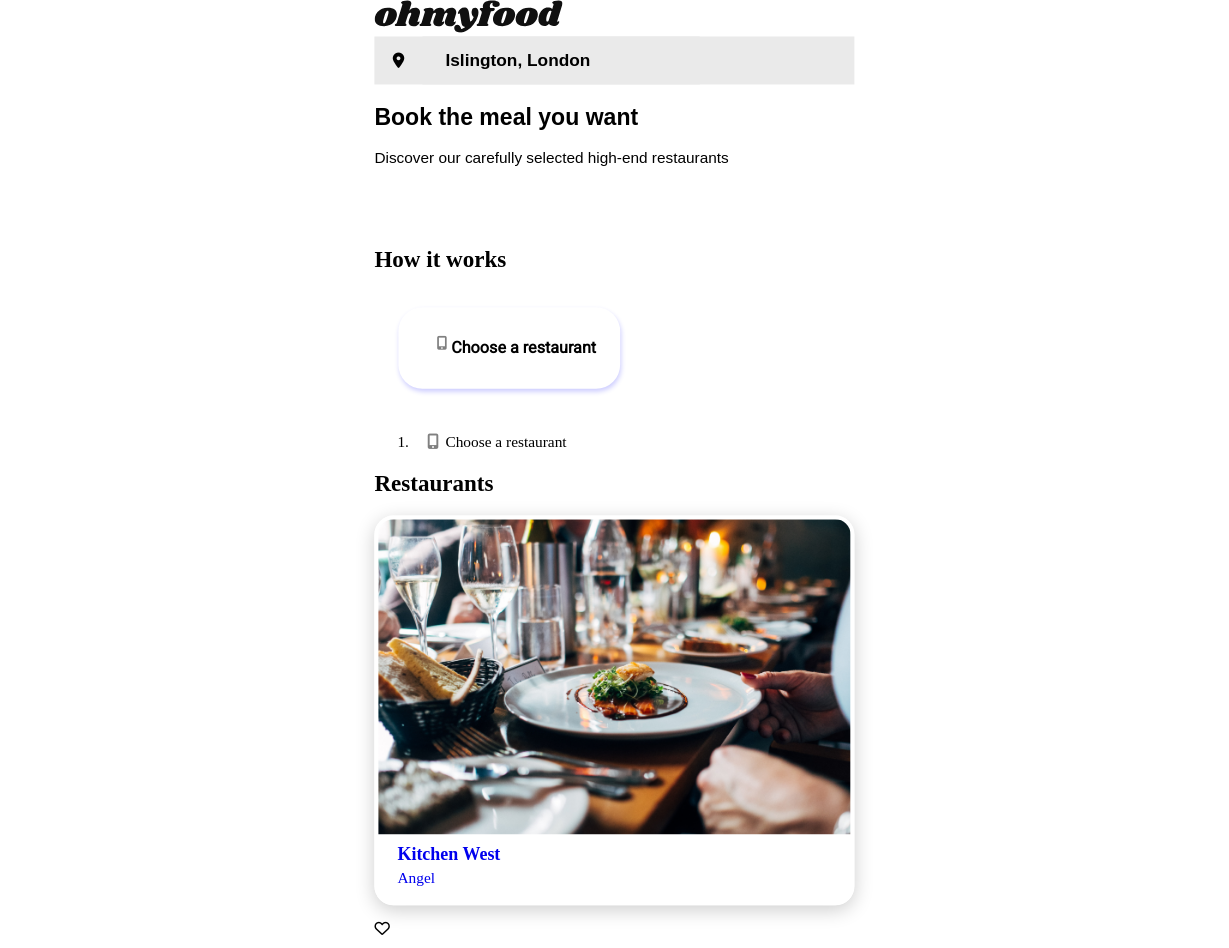
Repository: R1ptou/Project-3
Page: index.html
An editor plug-in stored every save of this project. The page is shown before and after the next save, followed by the edit.
The browser window is 1280 px wide. The pictures show the whole page, at 96% of full size.
Some web fonts or font styles are not loaded; a fallback is used. The style sheet was rebuilt from its Sass, Less or Tailwind sources for each picture, by a compiler version that may differ from the author's.

Above is the page before, as saved 2024-03-21 16:25:31.

### index.html
<!DOCTYPE html>
<html lang="en">
<head>
    <meta charset="UTF-8">
    <meta name="viewport" content="width=device-width, initial-scale=1.0">
    <title>ohmyfood</title>
    <link rel="preconnect" href="https://fonts.googleapis.com">
    <link rel="preconnect" href="https://fonts.googleapis.com">
    <link rel="preconnect" href="https://fonts.gstatic.com" crossorigin>
    <link href="https://fonts.googleapis.com/css2?family=Roboto&family=Shrikhand&display=swap" rel="stylesheet">
    <link rel="stylesheet" href="https://cdnjs.cloudflare.com/ajax/libs/font-awesome/6.2.1/css/all.min.css"
        integrity="sha512-MV7K8+y+gLIBoVD59lQIYicR65iaqukzvf/nwasF0nqhPay5w/9lJmVM2hMDcnK1OnMGCdVK+iQrJ7lzPJQd1w=="
        crossorigin="anonymous" referrerpolicy="no-referrer">
    <link rel="stylesheet" href="./css/style.css">
</head>
<body>
<!-- Header -->
    <div class="container">
        <header>
            <div class="logo"> <!-- Logo -->
               <img  src="./Images and text Ohmyfood/images/logo/ohmyfood@2x.svg" alt="ohmyfood logo" >
            </div>
            <form class="search-bar"> <!-- Search bar -->
                <div class="icon-search"><i class="text-black fa-solid fa-location-dot"></i></div>
                <input class="input-search" value="Islington, London" type="text">
            </form>
            <div class="headline"> <!-- Headline -->
                <h2>Book the meal you want</h2>
                <p>Discover our carefully selected high-end restaurants</p>
            </div>
            <button type="submit" class="button-search">Explore our restaurants</button> <!-- Submit button -->
        </header>
    </div>

<!-- How it works -->
    <main>
        <section class="container">
            <h2>How it works</h2>
            <div class="card-group">
            <a href="#" class="card">
            <i class="icon-no"> 1 </i>
            <i class="icon-pic fa-solid fa-mobile-screen-button"></i>
            <h3 class="card-text">Choose a restaurant</h3>
            </a>
            </div>
        </section>

        <section class="container">
            <ol class="list-group">
                <li class="list-item">
                    <span class="icon-no">1</span>
                    <span class="icon-pic fa-solid fa-mobile-screen-button"></span>
                    <span class="card-text">Choose a restaurant</span>
                </li>
            </ol>
        </section>

<!-- Restaurants -->
        <section class="container">
            <h2>Restaurants</h2>

            <a href="#" class="card-rest">
                <img class="card-img" src="./Images and text Ohmyfood/images/restaurants/jay-wennington-N_Y88TWmGwA-unsplash.jpg" alt="">
                      <div class="card-content">
                        <h3 class="card-title">Kitchen West</h3>
                        <p class="card-subtitle">Angel</p>
                      </div>
            </a>
            <div class="heart">
                <span class="fa-solid fa-heart heart-icon heart-full"></span>
                <span class="fa-regular fa-heart heart-icon heart-empty"></span>

            </div>

        </section>

<!-- Header -->
<!-- Footer -->
    </main>
</body>
</html>

### scss/style.scss
/****** General ***********/
@import "base";
@import "variables";
@import "list-group";
@import "card";
@import "button";




/****** Header ***********/

/****** Logo ***********/

/****** Search bar ***********/

.search-bar {
    display: flex;
    background-color: #EAEAEA;
}

.icon-search {
    display: flex;
    justify-content: center;
    align-items: center;
    width: 50px;
    height: 50px;
    flex-shrink: 0;

}

.input-search {
    display: flex;
    border-width: 0;
    border-style: none;
    padding: 0 24px;
    font-weight: bold;
    font-size: 18px;
    background-color: #EAEAEA;
}
.input-search:focus {
    outline: none;
}

/****** Headline ***********/

.headline {
    font-family: "Shrikhand", sans-serif;
}


/****** Submit button ***********/



/****** How it works ***********/

.icon-pic {
    display: inline-flex;
    background: none;
    color: grey;
    width: 20px;
    height: 20px;
    padding: 15px;
    flex-shrink: 0;
}

.icon-pic:hover {
    color: var(--primary-color);
}

.icon-no {
    position: absolute;

    background: var(--primary-color);
    border-radius: 50%;
    border: none;
    font: 0.9rem "Roboto", sans-serif;
    color: #fff;
    text-align: center;
    width: 15px;
    height: 15px;
    padding: 5px;
    flex-shrink: 0;
}

/****** Restaurants ***********/

.heart {
    position: relative;
    display:inline-block;
    height: 24px;
    width: 24px;
}

.heart-icon {
    position: absolute;
    display: inline-block;
    height: 24px;
    width: 24px;
    color: var(--primary-color);
}

.heart-empty {
    transition: opacity 1s;
    opacity: 1s;
}

.heart-full {
    transition: opacity 1s;
    opacity: 1s;
    background-image: var(--gradient);
    background-clip: text;
    -webkit-background-clip: text;
    color: transparent;
}

.heart:hover .heart-full {
    opacity: 1s;
}

.heart:hover .heart-empty {
    opacity: 0;
}

/****** Starters ***********/


/****** Mains ***********/


/****** Deserts ***********/


/****** Button ***********/

.btn {
    background-color: var(--primary-color);
}

/****** Label ***********/


/****** Icon ***********/


/****** Footer ***********/

.footer {

}

### scss/_base.scss
body {
    margin: 0;
    padding: 0;
    color: #000;
    }

a {
        text-decoration: none;
    }

### scss/_variables.scss
    $primary-color: #9356DC; // button, badge, icon hover
    $secondary-color: #FF79DA; // button gradient
    $tertiary-color: #99E2D0; // element hue
    $quaternary-color: #008766; // badge font
    $quinary-color: #7E7E7E; // icons
    $senary-color: #F6F6F6; // background hue (off-white)
    $septenary-color: #EAEAEA; // form field background
    $octonary-color: #353535; // footer

    $gradient: linear-gradient(60deg, #9356DC, #FF79DA);

### scss/_list-group.scss
.list-group {

}


.list-item {

}

### scss/_card.scss
* {
    box-sizing: border-box;
}


.card-group {
    display: flex;
    flex-wrap: wrap;
    padding: 16px 25px;
}

.card {
    display: flex;
    flex-direction: row;
    padding: 16px 25px;
    background: #fff;
    border-radius: 25px;
    box-shadow: 1px 3px 6px 0px rgba(0, 0, 255, .2);
    font: 0.9rem "Roboto", sans-serif;
    color: #000;
}

/****** Restaurants ***********/

.container {
    max-width: 500px;
    margin: auto;
}

.card-rest {
    margin-bottom: 1rem;
    display: flex;
    flex-direction: column;
    background-color: var(#F6F6F6);
    box-shadow: 0 5px 20px rgba(0,0,0,0.2);
    border-radius: 20px;
    overflow: hidden;
    border: 4px solid #fff;
}

.card-img {
    object-fit: cover;
    width: 100%;
}

.card-content {
    padding: 10px 20px;
}

.card-title {
    margin: 0;
}

.card-subtitle {
    margin: 5px 0;
}

### scss/_button.scss
.button-search{
    padding: 16px 25px;
    color: #fff;
    font-weight: bold;
    background-color: var(--secondary-color);
    border-radius: 25px;
    border: none;
    justify-content: center;
}

.button-search:hover {


    background-color: var(--secondary-color);
    border-radius: 0 15px 15px 0px;
    border: none;
}

After the next save:
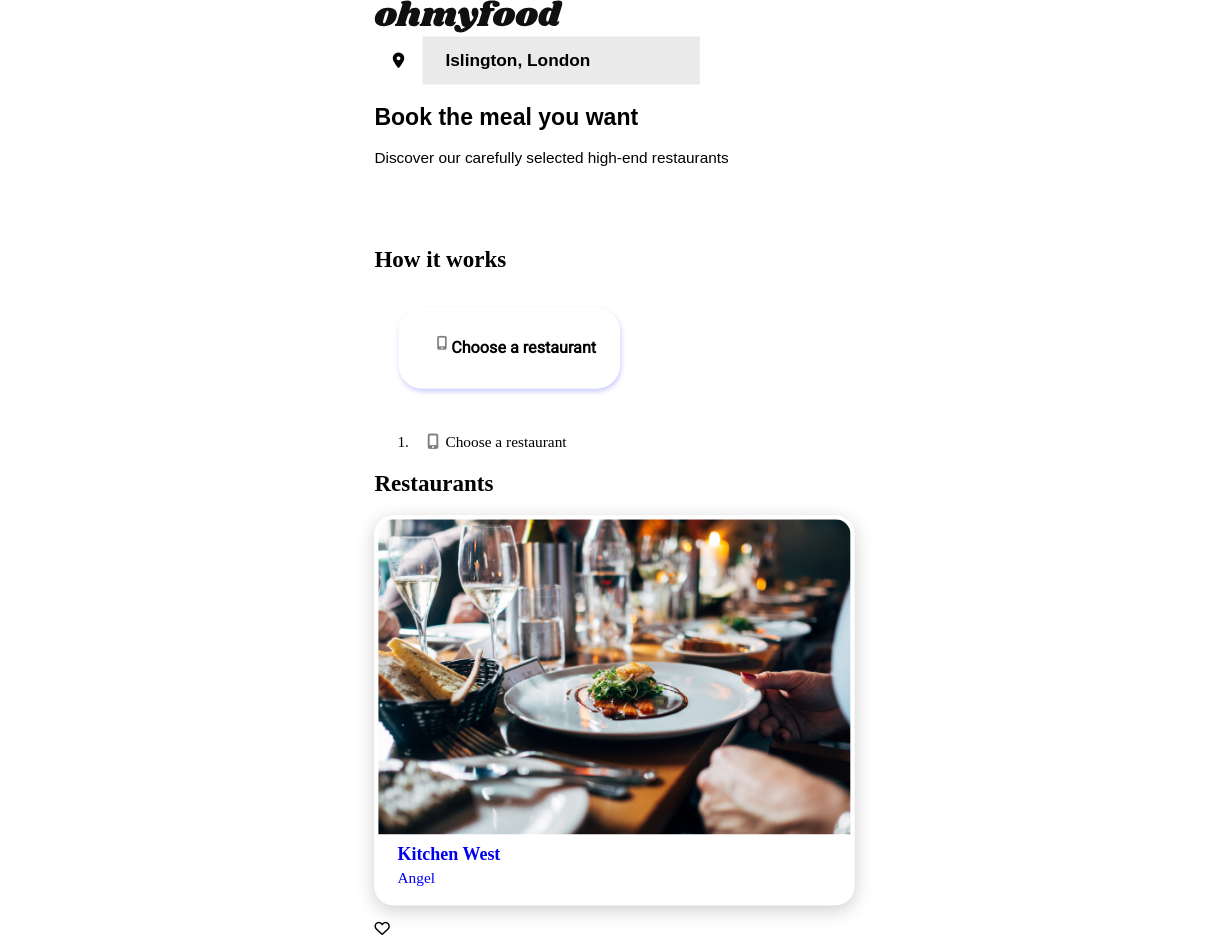
Saved 7 s later.
--- a/scss/style.scss
+++ b/scss/style.scss
@@ -16,7 +16,7 @@
 
 .search-bar {
     display: flex;
-    background-color: #EAEAEA;
+    //background-color: #EAEAEA;
 }
 
 .icon-search {

After the save that followed:
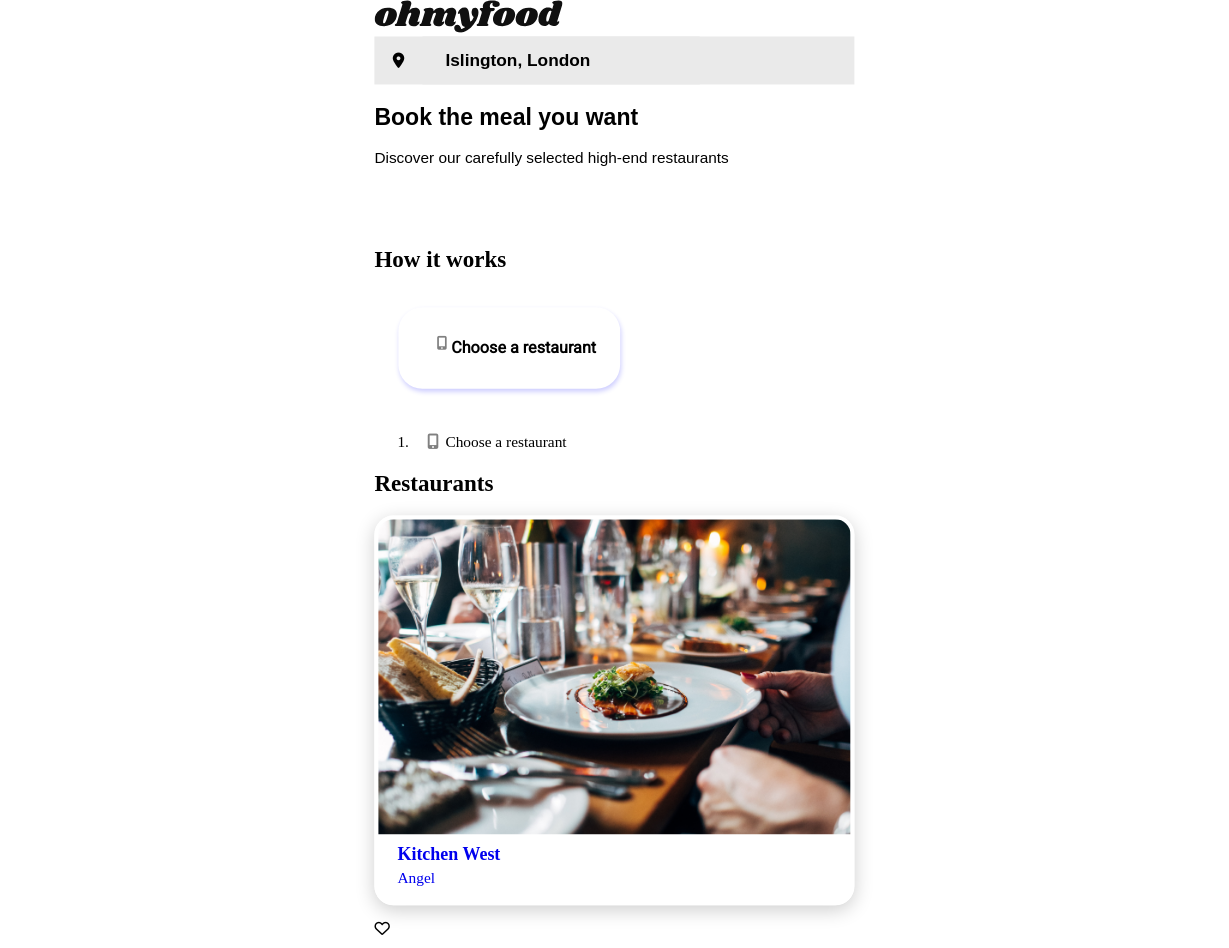
Saved 5 s later.
--- a/scss/style.scss
+++ b/scss/style.scss
@@ -16,7 +16,7 @@
 
 .search-bar {
     display: flex;
-    //background-color: #EAEAEA;
+    background-color: #EAEAEA;
 }
 
 .icon-search {
